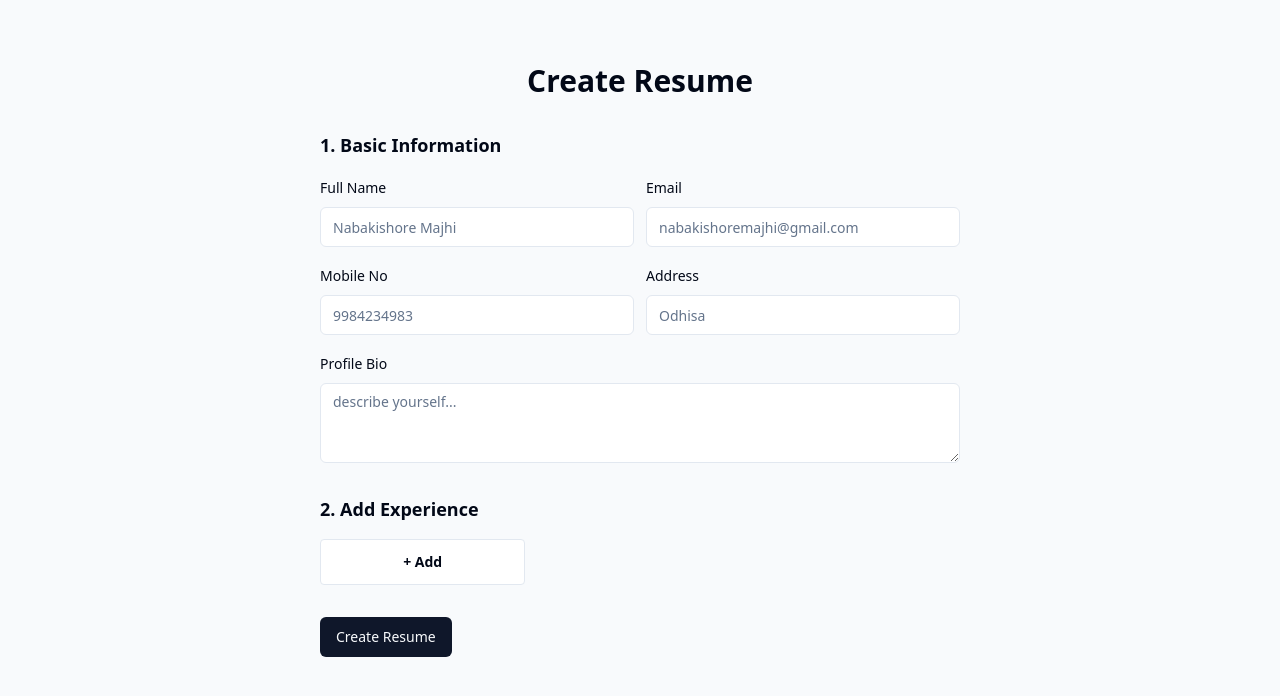
Repository: nickgoel31/resume-maker
Page: /create-resume
These files come from the project's save history. The page is drawn as it stood at one moment and after the next save; the edit follows.
The browser window is 1280 px wide. The pictures show the whole page.
The project was rebuilt for these pictures with package versions that can differ from the ones it lists, and the page was loaded fresh each time. The framework's server and built-in components were replaced by stand-ins that run in the browser. Also part of the build but not shown: next.config.mjs.

Above is the page before, as saved 2024-03-19 13:59:37.

### app/(main)/create-resume/page.tsx
"use client"
import { zodResolver } from "@hookform/resolvers/zod"
import { useForm } from "react-hook-form"
import { z } from "zod"

import { Button } from "@/components/ui/button"
import {
  Form,
  FormControl,
  FormDescription,
  FormField,
  FormItem,
  FormLabel,
  FormMessage,
} from "@/components/ui/form"
import { Input } from "@/components/ui/input"
import { Textarea } from "@/components/ui/textarea"
import ExpAddBtn from "./_components/exp-add-btn"
import { useState } from "react"
import { Trash2 } from "lucide-react"

const formSchema = z.object({
  name: z.string().min(2, {
    message: "Name must be at least 2 characters.",
  }),
    email: z.string().email({
        message: "Invalid email address.",
    }),
    phone: z.string().min(10, {
      message: "Phone number should have at least 10 digits.",
    }),
    address: z.string().min(5, {
      message: "Address should have at least 5 characters.",
    }),
    summary: z.string().min(10, {
      message: "Summary should have at least 10 characters.",
    }),
})

export type Experience = {
    jobTitle: string;
    company: string;
    description: string;
    startDate: string;
    endDate: string;

}

const CreateResumePage = () => {

    const form = useForm<z.infer<typeof formSchema>>({
        resolver: zodResolver(formSchema),
        defaultValues: {
            name: "",
            email: "",
            phone: "",
            address: "",
            summary: "",
        },
      })

      // 2. Define a submit handler.
      function onSubmit(values: z.infer<typeof formSchema>) {
        // Do something with the form values.
        // ✅ This will be type-safe and validated.
        console.log(values)
      }


    const [experiences, setExperiences] = useState<Experience[]>([])

    const handleExperienceAdd = (experience:Experience) => {
        setExperiences([...experiences, experience])
    }
    const deleteExperience = (index:number) => {
        const newExperiences = experiences.filter((_, i) => i !== index)
        setExperiences(newExperiences)
    }



  return (
    <body className='h-full w-full bg-slate-50 flex items-center justify-center gap-8 flex-col py-10 px-5'>
        <div className=''>
            <h1 className='font-bold text-3xl'>Create Resume</h1>
        </div>

        <Form {...form}>
            <form onSubmit={form.handleSubmit(onSubmit)} className="space-y-8 w-full max-w-screen-sm">
                {/* SECTION 1 */}
                <div className="section-1 space-y-4">
                    <h3 className="text-semibold font-semibold text-lg">1. Basic Information</h3>
                <div className="flex items-center gap-3 w-full ">
                    <FormField
                    control={form.control}
                    name="name"
                    render={({ field }) => (
                        <FormItem className="w-full">
                        <FormLabel>Full Name</FormLabel>
                        <FormControl>
                            <Input placeholder="Nabakishore Majhi" className="w-full" {...field} />
                        </FormControl>
                        <FormMessage />
                        </FormItem>
                    )}
                    />
                    <FormField
                    control={form.control}
                    name="email"
                    render={({ field }) => (
                        <FormItem className="w-full">
                            <FormLabel>Email</FormLabel>
                            <FormControl>
                                <Input placeholder="nabakishoremajhi@gmail.com" className="w-full" {...field} />
                            </FormControl>
                        </FormItem>
                    )}/>
                </div>

                <div className="flex items-center gap-3 w-full">
                <FormField
                control={form.control}
                name="phone"
                render={({ field }) => (
                    <FormItem className="w-full">
                        <FormLabel>Mobile No</FormLabel>
                        <FormControl>
                            <Input placeholder="9984234983" {...field} />
                        </FormControl>
                    </FormItem>
                )}/>
                <FormField
                control={form.control}
                name="address"
                render={({ field }) => (
                    <FormItem className="w-full">
                        <FormLabel>Address</FormLabel>
                        <FormControl>
                            <Input placeholder="Odhisa" {...field} />
                        </FormControl>
                    </FormItem>
                )}/>
                </div>

                <FormField
                control={form.control}
                name="summary"
                render={({ field }) => (
                    <FormItem>
                        <FormLabel>Profile Bio</FormLabel>
                        <FormControl>
                            <Textarea placeholder="describe yourself..." {...field} />
                        </FormControl>
                    </FormItem>
                )}/>
                </div>

                {/* SECTION 2 */}
                <div className="section-1 space-y-4">
                    <h3 className="text-semibold font-semibold text-lg">2. Add Experience</h3>

                    <div className="grid grid-cols-3 w-full gap-3">
                        {experiences.map((experience, index) => (
                            <div className="add-btn rounded border p-3 bg-white text-sm font-semibold flex gap-4 items-center flex-wrap justify-between">
                                <div className="line-clamp-1">
                                    {experience.jobTitle}
                                </div>
                                <div>
                                    <Trash2 size={15} onClick={() => deleteExperience(index)} className="text-red-500"/>
                                </div>
                            </div>
                        ))}
                        <ExpAddBtn onExperienceAdd={handleExperienceAdd}/>
                    </div>
                </div>

                <Button type="submit">Create Resume</Button>
            </form>
        </Form>

    </body>
  )
}

export default CreateResumePage

### app/globals.css
@tailwind base;
@tailwind components;
@tailwind utilities;

body,html,:root{
  height: 100%;
}

@layer base {
  :root {
    --background: 0 0% 100%;
    --foreground: 222.2 84% 4.9%;

    --card: 0 0% 100%;
    --card-foreground: 222.2 84% 4.9%;

    --popover: 0 0% 100%;
    --popover-foreground: 222.2 84% 4.9%;

    --primary: 222.2 47.4% 11.2%;
    --primary-foreground: 210 40% 98%;

    --secondary: 210 40% 96.1%;
    --secondary-foreground: 222.2 47.4% 11.2%;

    --muted: 210 40% 96.1%;
    --muted-foreground: 215.4 16.3% 46.9%;

    --accent: 210 40% 96.1%;
    --accent-foreground: 222.2 47.4% 11.2%;

    --destructive: 0 84.2% 60.2%;
    --destructive-foreground: 210 40% 98%;

    --border: 214.3 31.8% 91.4%;
    --input: 214.3 31.8% 91.4%;
    --ring: 222.2 84% 4.9%;

    --radius: 0.5rem;
  }

  .dark {
    --background: 222.2 84% 4.9%;
    --foreground: 210 40% 98%;

    --card: 222.2 84% 4.9%;
    --card-foreground: 210 40% 98%;

    --popover: 222.2 84% 4.9%;
    --popover-foreground: 210 40% 98%;

    --primary: 210 40% 98%;
    --primary-foreground: 222.2 47.4% 11.2%;

    --secondary: 217.2 32.6% 17.5%;
    --secondary-foreground: 210 40% 98%;

    --muted: 217.2 32.6% 17.5%;
    --muted-foreground: 215 20.2% 65.1%;

    --accent: 217.2 32.6% 17.5%;
    --accent-foreground: 210 40% 98%;

    --destructive: 0 62.8% 30.6%;
    --destructive-foreground: 210 40% 98%;

    --border: 217.2 32.6% 17.5%;
    --input: 217.2 32.6% 17.5%;
    --ring: 212.7 26.8% 83.9%;
  }
}

@layer base {
  * {
    @apply border-border;
  }
  body {
    @apply bg-background text-foreground;
  }
}

### components/ui/button.tsx
import * as React from "react"
import { Slot } from "@radix-ui/react-slot"
import { cva, type VariantProps } from "class-variance-authority"

import { cn } from "@/lib/utils"

const buttonVariants = cva(
  "inline-flex items-center justify-center whitespace-nowrap rounded-md text-sm font-medium ring-offset-background transition-colors focus-visible:outline-none focus-visible:ring-2 focus-visible:ring-ring focus-visible:ring-offset-2 disabled:pointer-events-none disabled:opacity-50",
  {
    variants: {
      variant: {
        default: "bg-primary text-primary-foreground hover:bg-primary/90",
        destructive:
          "bg-destructive text-destructive-foreground hover:bg-destructive/90",
        outline:
          "border border-input bg-background hover:bg-accent hover:text-accent-foreground",
        secondary:
          "bg-secondary text-secondary-foreground hover:bg-secondary/80",
        ghost: "hover:bg-accent hover:text-accent-foreground",
        link: "text-primary underline-offset-4 hover:underline",
      },
      size: {
        default: "h-10 px-4 py-2",
        sm: "h-9 rounded-md px-3",
        lg: "h-11 rounded-md px-8",
        icon: "h-10 w-10",
      },
    },
    defaultVariants: {
      variant: "default",
      size: "default",
    },
  }
)

export interface ButtonProps
  extends React.ButtonHTMLAttributes<HTMLButtonElement>,
    VariantProps<typeof buttonVariants> {
  asChild?: boolean
}

const Button = React.forwardRef<HTMLButtonElement, ButtonProps>(
  ({ className, variant, size, asChild = false, ...props }, ref) => {
    const Comp = asChild ? Slot : "button"
    return (
      <Comp
        className={cn(buttonVariants({ variant, size, className }))}
        ref={ref}
        {...props}
      />
    )
  }
)
Button.displayName = "Button"

export { Button, buttonVariants }

### components/ui/form.tsx
import * as React from "react"
import * as LabelPrimitive from "@radix-ui/react-label"
import { Slot } from "@radix-ui/react-slot"
import {
  Controller,
  ControllerProps,
  FieldPath,
  FieldValues,
  FormProvider,
  useFormContext,
} from "react-hook-form"

import { cn } from "@/lib/utils"
import { Label } from "@/components/ui/label"

const Form = FormProvider

type FormFieldContextValue<
  TFieldValues extends FieldValues = FieldValues,
  TName extends FieldPath<TFieldValues> = FieldPath<TFieldValues>
> = {
  name: TName
}

const FormFieldContext = React.createContext<FormFieldContextValue>(
  {} as FormFieldContextValue
)

const FormField = <
  TFieldValues extends FieldValues = FieldValues,
  TName extends FieldPath<TFieldValues> = FieldPath<TFieldValues>
>({
  ...props
}: ControllerProps<TFieldValues, TName>) => {
  return (
    <FormFieldContext.Provider value={{ name: props.name }}>
      <Controller {...props} />
    </FormFieldContext.Provider>
  )
}

const useFormField = () => {
  const fieldContext = React.useContext(FormFieldContext)
  const itemContext = React.useContext(FormItemContext)
  const { getFieldState, formState } = useFormContext()

  const fieldState = getFieldState(fieldContext.name, formState)

  if (!fieldContext) {
    throw new Error("useFormField should be used within <FormField>")
  }

  const { id } = itemContext

  return {
    id,
    name: fieldContext.name,
    formItemId: `${id}-form-item`,
    formDescriptionId: `${id}-form-item-description`,
    formMessageId: `${id}-form-item-message`,
    ...fieldState,
  }
}

type FormItemContextValue = {
  id: string
}

const FormItemContext = React.createContext<FormItemContextValue>(
  {} as FormItemContextValue
)

const FormItem = React.forwardRef<
  HTMLDivElement,
  React.HTMLAttributes<HTMLDivElement>
>(({ className, ...props }, ref) => {
  const id = React.useId()

  return (
    <FormItemContext.Provider value={{ id }}>
      <div ref={ref} className={cn("space-y-2", className)} {...props} />
    </FormItemContext.Provider>
  )
})
FormItem.displayName = "FormItem"

const FormLabel = React.forwardRef<
  React.ElementRef<typeof LabelPrimitive.Root>,
  React.ComponentPropsWithoutRef<typeof LabelPrimitive.Root>
>(({ className, ...props }, ref) => {
  const { error, formItemId } = useFormField()

  return (
    <Label
      ref={ref}
      className={cn(error && "text-destructive", className)}
      htmlFor={formItemId}
      {...props}
    />
  )
})
FormLabel.displayName = "FormLabel"

const FormControl = React.forwardRef<
  React.ElementRef<typeof Slot>,
  React.ComponentPropsWithoutRef<typeof Slot>
>(({ ...props }, ref) => {
  const { error, formItemId, formDescriptionId, formMessageId } = useFormField()

  return (
    <Slot
      ref={ref}
      id={formItemId}
      aria-describedby={
        !error
          ? `${formDescriptionId}`
          : `${formDescriptionId} ${formMessageId}`
      }
      aria-invalid={!!error}
      {...props}
    />
  )
})
FormControl.displayName = "FormControl"

const FormDescription = React.forwardRef<
  HTMLParagraphElement,
  React.HTMLAttributes<HTMLParagraphElement>
>(({ className, ...props }, ref) => {
  const { formDescriptionId } = useFormField()

  return (
    <p
      ref={ref}
      id={formDescriptionId}
      className={cn("text-sm text-muted-foreground", className)}
      {...props}
    />
  )
})
FormDescription.displayName = "FormDescription"

const FormMessage = React.forwardRef<
  HTMLParagraphElement,
  React.HTMLAttributes<HTMLParagraphElement>
>(({ className, children, ...props }, ref) => {
  const { error, formMessageId } = useFormField()
  const body = error ? String(error?.message) : children

  if (!body) {
    return null
  }

  return (
    <p
      ref={ref}
      id={formMessageId}
      className={cn("text-sm font-medium text-destructive", className)}
      {...props}
    >
      {body}
    </p>
  )
})
FormMessage.displayName = "FormMessage"

export {
  useFormField,
  Form,
  FormItem,
  FormLabel,
  FormControl,
  FormDescription,
  FormMessage,
  FormField,
}

### components/ui/input.tsx
import * as React from "react"

import { cn } from "@/lib/utils"

export interface InputProps
  extends React.InputHTMLAttributes<HTMLInputElement> {}

const Input = React.forwardRef<HTMLInputElement, InputProps>(
  ({ className, type, ...props }, ref) => {
    return (
      <input
        type={type}
        className={cn(
          "flex h-10 w-full rounded-md border border-input bg-background px-3 py-2 text-sm ring-offset-background file:border-0 file:bg-transparent file:text-sm file:font-medium placeholder:text-muted-foreground focus-visible:outline-none focus-visible:ring-2 focus-visible:ring-ring focus-visible:ring-offset-2 disabled:cursor-not-allowed disabled:opacity-50",
          className
        )}
        ref={ref}
        {...props}
      />
    )
  }
)
Input.displayName = "Input"

export { Input }

### components/ui/textarea.tsx
import * as React from "react"

import { cn } from "@/lib/utils"

export interface TextareaProps
  extends React.TextareaHTMLAttributes<HTMLTextAreaElement> {}

const Textarea = React.forwardRef<HTMLTextAreaElement, TextareaProps>(
  ({ className, ...props }, ref) => {
    return (
      <textarea
        className={cn(
          "flex min-h-[80px] w-full rounded-md border border-input bg-background px-3 py-2 text-sm ring-offset-background placeholder:text-muted-foreground focus-visible:outline-none focus-visible:ring-2 focus-visible:ring-ring focus-visible:ring-offset-2 disabled:cursor-not-allowed disabled:opacity-50",
          className
        )}
        ref={ref}
        {...props}
      />
    )
  }
)
Textarea.displayName = "Textarea"

export { Textarea }

### app/(main)/create-resume/_components/exp-add-btn.tsx
"use client"

import { Dialog, DialogClose, DialogContent, DialogDescription, DialogHeader, DialogTitle, DialogTrigger } from '@/components/ui/dialog'
import React, { useState } from 'react'
import { z } from "zod"

import { Button } from "@/components/ui/button"
import {
  Form,
  FormControl,
  FormDescription,
  FormField,
  FormItem,
  FormLabel,
  FormMessage,
} from "@/components/ui/form"
import { Input } from '@/components/ui/input'
import { Textarea } from '@/components/ui/textarea'
import { DatePicker } from '@/components/ui/date-picker'
import { Experience } from '../page'

const ExpAddBtn = ({onExperienceAdd}:{onExperienceAdd: (experience:Experience) => void}) => {

    const [jobTitle, setJobTitle] = useState("")
    const [company, setCompany] = useState("")
    const [description, setDescription] = useState("")
    const [startDate, setStartDate] = useState("")
    const [endDate, setEndDate] = useState("")

    const handleAddExperience = () => {
        const experience = {
          jobTitle: jobTitle,
          company: company,
          description: description,
          startDate: startDate,
          endDate: endDate
        };
        onExperienceAdd(experience); // Call the function passed from the parent with the experience object
    }


  return (
    <Dialog>
        <DialogTrigger>
            <div className="add-btn rounded border p-3 bg-white text-sm font-semibold flex items-center justify-center">
                + Add
            </div>
        </DialogTrigger>

        <DialogContent>
            <DialogHeader>
                <DialogTitle>Add Experience</DialogTitle>
                <DialogDescription>
                    Add your work experience, internships, etc.
                </DialogDescription>
            </DialogHeader>

            <div className="flex flex-col items-center gap-3 w-full">
                <div className='flex flex-col gap-1 w-full'>
                    <label htmlFor="" className='font-medium text-sm'>Job title</label>
                    <Input type="text" placeholder='e.g., Software Engineer Intern' onChange={(e) => setJobTitle(e.target.value)} />
                </div>
                <div className='flex flex-col gap-1 w-full'>
                    <label htmlFor="" className='font-medium text-sm'>Company</label>
                    <Input type="text" placeholder='e.g., Software Engineer Intern' onChange={(e) => setCompany(e.target.value)}/>
                </div>
                <div className='flex flex-col gap-1 w-full'>
                    <label htmlFor="" className='font-medium text-sm'>Description</label>
                    <Textarea placeholder='e.g., Software Engineer Intern' onChange={(e) => setDescription(e.target.value)} />
                </div>
                <div className='flex items-center gap-3 w-full'>
                    {/* <div className='flex flex-col gap-1 w-full'>
                        <label htmlFor="" className='font-medium text-sm'>Start Date</label>
                        <DatePicker />
                    </div>
                    <div className='flex flex-col gap-1 w-full'>
                        <label htmlFor="" className='font-medium text-sm'>End Date</label>
                        <DatePicker onChange={(e) => setJobTitle(e.target.value)}/>
                    </div> */}
                </div>
                <div className='flex w-full justify-end'>
                    <DialogClose>
                        <Button onClick={handleAddExperience}>Add</Button>
                    </DialogClose>
                </div>
            </div>
        </DialogContent>
    </Dialog>
  )
}

export default ExpAddBtn

### components/ui/label.tsx
"use client"

import * as React from "react"
import * as LabelPrimitive from "@radix-ui/react-label"
import { cva, type VariantProps } from "class-variance-authority"

import { cn } from "@/lib/utils"

const labelVariants = cva(
  "text-sm font-medium leading-none peer-disabled:cursor-not-allowed peer-disabled:opacity-70"
)

const Label = React.forwardRef<
  React.ElementRef<typeof LabelPrimitive.Root>,
  React.ComponentPropsWithoutRef<typeof LabelPrimitive.Root> &
    VariantProps<typeof labelVariants>
>(({ className, ...props }, ref) => (
  <LabelPrimitive.Root
    ref={ref}
    className={cn(labelVariants(), className)}
    {...props}
  />
))
Label.displayName = LabelPrimitive.Root.displayName

export { Label }

### components/ui/dialog.tsx
"use client"

import * as React from "react"
import * as DialogPrimitive from "@radix-ui/react-dialog"
import { X } from "lucide-react"

import { cn } from "@/lib/utils"

const Dialog = DialogPrimitive.Root

const DialogTrigger = DialogPrimitive.Trigger

const DialogPortal = DialogPrimitive.Portal

const DialogClose = DialogPrimitive.Close

const DialogOverlay = React.forwardRef<
  React.ElementRef<typeof DialogPrimitive.Overlay>,
  React.ComponentPropsWithoutRef<typeof DialogPrimitive.Overlay>
>(({ className, ...props }, ref) => (
  <DialogPrimitive.Overlay
    ref={ref}
    className={cn(
      "fixed inset-0 z-50 bg-black/80  data-[state=open]:animate-in data-[state=closed]:animate-out data-[state=closed]:fade-out-0 data-[state=open]:fade-in-0",
      className
    )}
    {...props}
  />
))
DialogOverlay.displayName = DialogPrimitive.Overlay.displayName

const DialogContent = React.forwardRef<
  React.ElementRef<typeof DialogPrimitive.Content>,
  React.ComponentPropsWithoutRef<typeof DialogPrimitive.Content>
>(({ className, children, ...props }, ref) => (
  <DialogPortal>
    <DialogOverlay />
    <DialogPrimitive.Content
      ref={ref}
      className={cn(
        "fixed left-[50%] top-[50%] z-50 grid w-full max-w-lg translate-x-[-50%] translate-y-[-50%] gap-4 border bg-background p-6 shadow-lg duration-200 data-[state=open]:animate-in data-[state=closed]:animate-out data-[state=closed]:fade-out-0 data-[state=open]:fade-in-0 data-[state=closed]:zoom-out-95 data-[state=open]:zoom-in-95 data-[state=closed]:slide-out-to-left-1/2 data-[state=closed]:slide-out-to-top-[48%] data-[state=open]:slide-in-from-left-1/2 data-[state=open]:slide-in-from-top-[48%] sm:rounded-lg",
        className
      )}
      {...props}
    >
      {children}
      <DialogPrimitive.Close className="absolute right-4 top-4 rounded-sm opacity-70 ring-offset-background transition-opacity hover:opacity-100 focus:outline-none focus:ring-2 focus:ring-ring focus:ring-offset-2 disabled:pointer-events-none data-[state=open]:bg-accent data-[state=open]:text-muted-foreground">
        <X className="h-4 w-4" />
        <span className="sr-only">Close</span>
      </DialogPrimitive.Close>
    </DialogPrimitive.Content>
  </DialogPortal>
))
DialogContent.displayName = DialogPrimitive.Content.displayName

const DialogHeader = ({
  className,
  ...props
}: React.HTMLAttributes<HTMLDivElement>) => (
  <div
    className={cn(
      "flex flex-col space-y-1.5 text-center sm:text-left",
      className
    )}
    {...props}
  />
)
DialogHeader.displayName = "DialogHeader"

const DialogFooter = ({
  className,
  ...props
}: React.HTMLAttributes<HTMLDivElement>) => (
  <div
    className={cn(
      "flex flex-col-reverse sm:flex-row sm:justify-end sm:space-x-2",
      className
    )}
    {...props}
  />
)
DialogFooter.displayName = "DialogFooter"

const DialogTitle = React.forwardRef<
  React.ElementRef<typeof DialogPrimitive.Title>,
  React.ComponentPropsWithoutRef<typeof DialogPrimitive.Title>
>(({ className, ...props }, ref) => (
  <DialogPrimitive.Title
    ref={ref}
    className={cn(
      "text-lg font-semibold leading-none tracking-tight",
      className
    )}
    {...props}
  />
))
DialogTitle.displayName = DialogPrimitive.Title.displayName

const DialogDescription = React.forwardRef<
  React.ElementRef<typeof DialogPrimitive.Description>,
  React.ComponentPropsWithoutRef<typeof DialogPrimitive.Description>
>(({ className, ...props }, ref) => (
  <DialogPrimitive.Description
    ref={ref}
    className={cn("text-sm text-muted-foreground", className)}
    {...props}
  />
))
DialogDescription.displayName = DialogPrimitive.Description.displayName

export {
  Dialog,
  DialogPortal,
  DialogOverlay,
  DialogClose,
  DialogTrigger,
  DialogContent,
  DialogHeader,
  DialogFooter,
  DialogTitle,
  DialogDescription,
}

Loaded but not shown: app/layout.tsx (common file); lib/utils.ts (common file); tailwind.config.ts (common file)

After the next save:
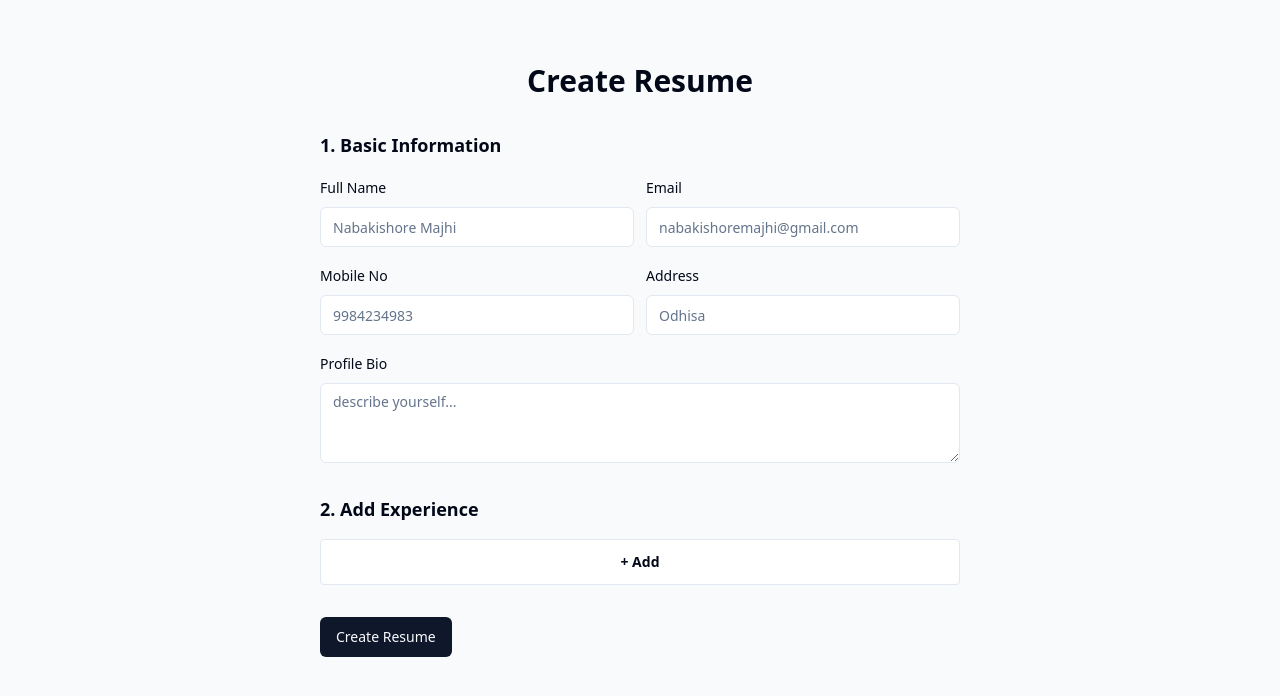
Saved 6 s later.
--- a/app/(main)/create-resume/page.tsx
+++ b/app/(main)/create-resume/page.tsx
@@ -159,7 +159,7 @@ const CreateResumePage = () => {
                 <div className="section-1 space-y-4">
                     <h3 className="text-semibold font-semibold text-lg">2. Add Experience</h3>
 
-                    <div className="grid grid-cols-3 w-full gap-3">
+                    <div className="grid grid-cols-1 w-full gap-3">
                         {experiences.map((experience, index) => (
                             <div className="add-btn rounded border p-3 bg-white text-sm font-semibold flex gap-4 items-center flex-wrap justify-between">
                                 <div className="line-clamp-1">
